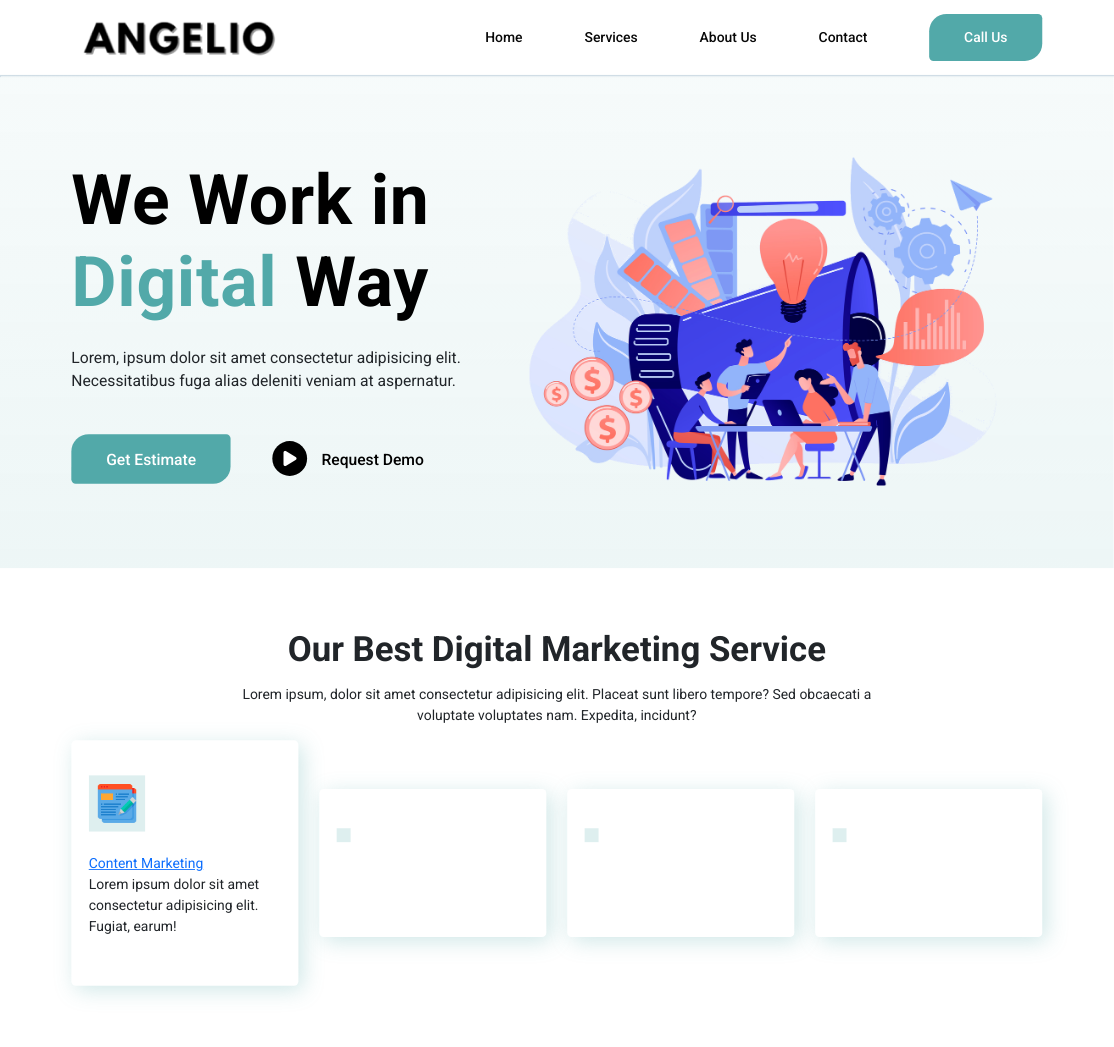
Repository: nazmulalok/landing-page-angelio
Page: index.html
These files come from the project's save history. The page is drawn as it stood at one moment and after the next save; the edit follows.
The browser window is 1280 px wide. The pictures show the whole page, at 87% of full size.

Above is the page before, as saved 2022-09-10 22:46:51.

After the next save:
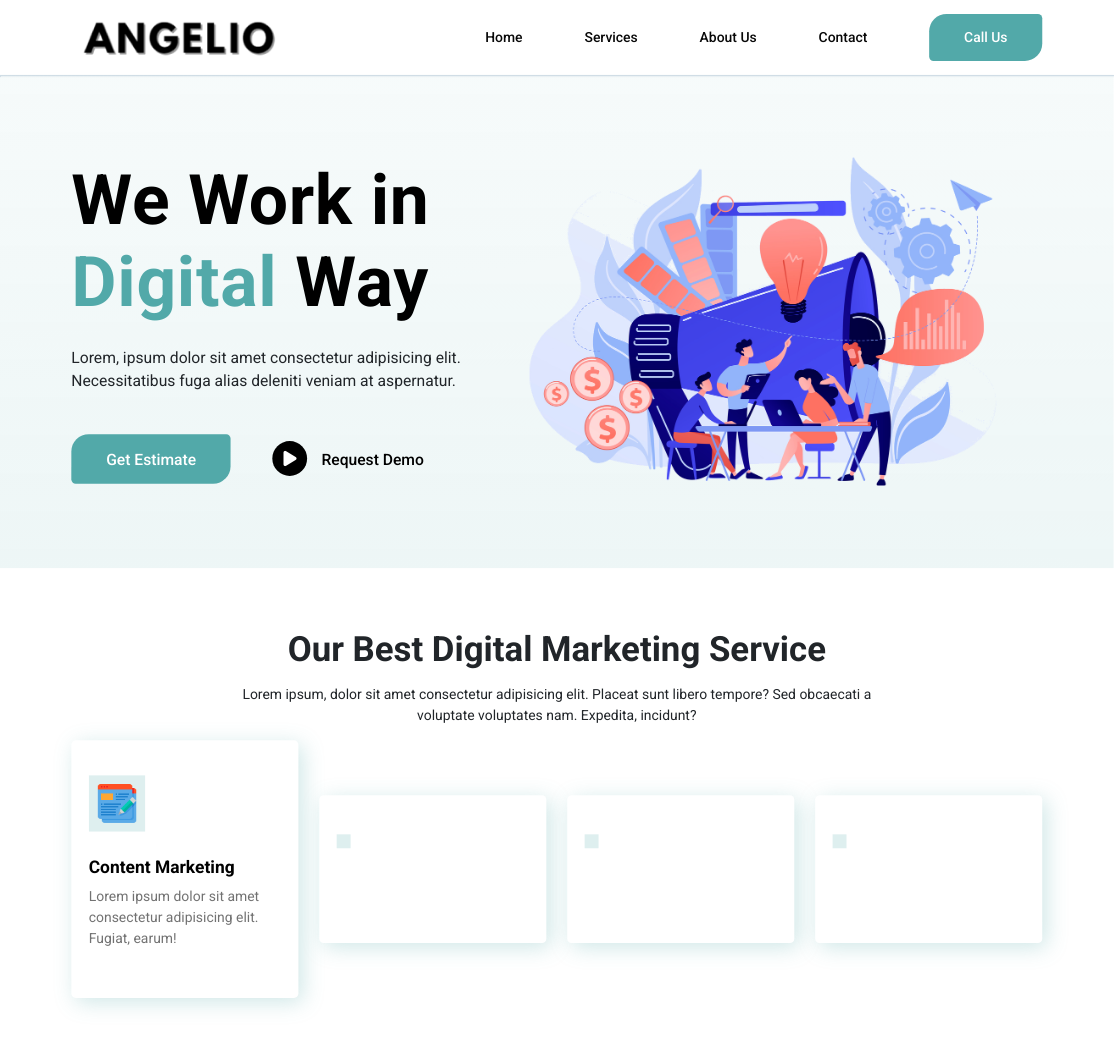
Saved 7 min 54 s later.
--- a/style.css
+++ b/style.css
@@ -196,3 +196,16 @@ h6 {
     padding: 8px;
     border-raidius: 5px;
 }
+
+.service-box .service-content a {
+    display: inline-block;
+    color: #000;
+    font-size: 20px;
+    font-weight: 600;
+    text-decoration: none;
+    margin-bottom: 8px;
+}
+
+.service-box .service-content p {
+    color: #575757d6;
+}
